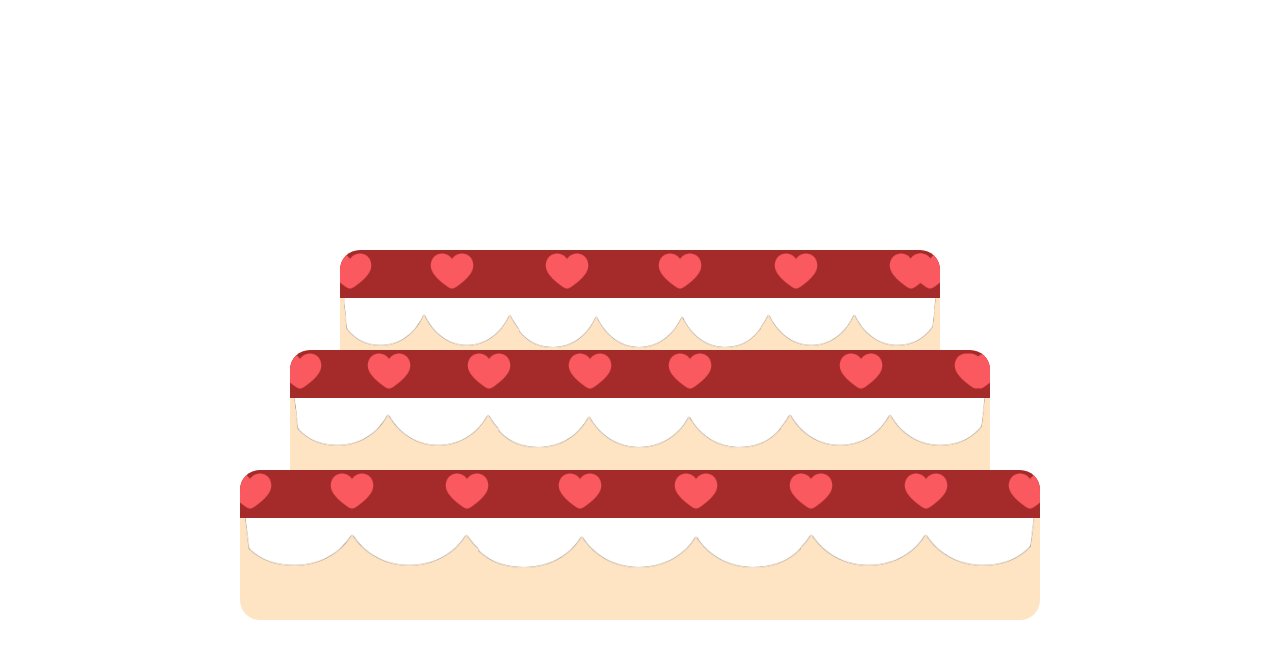
Repository: iphoneboy46/happybirthday
Page: index.html
The author's editor kept a copy of each file at every save. The page is drawn from the files as they stood at one save, then again after the next save.
The browser window is 1280 px wide. The pictures show the whole page.

Above is the page before, as saved 2022-11-28 14:51:59.

After the next save:
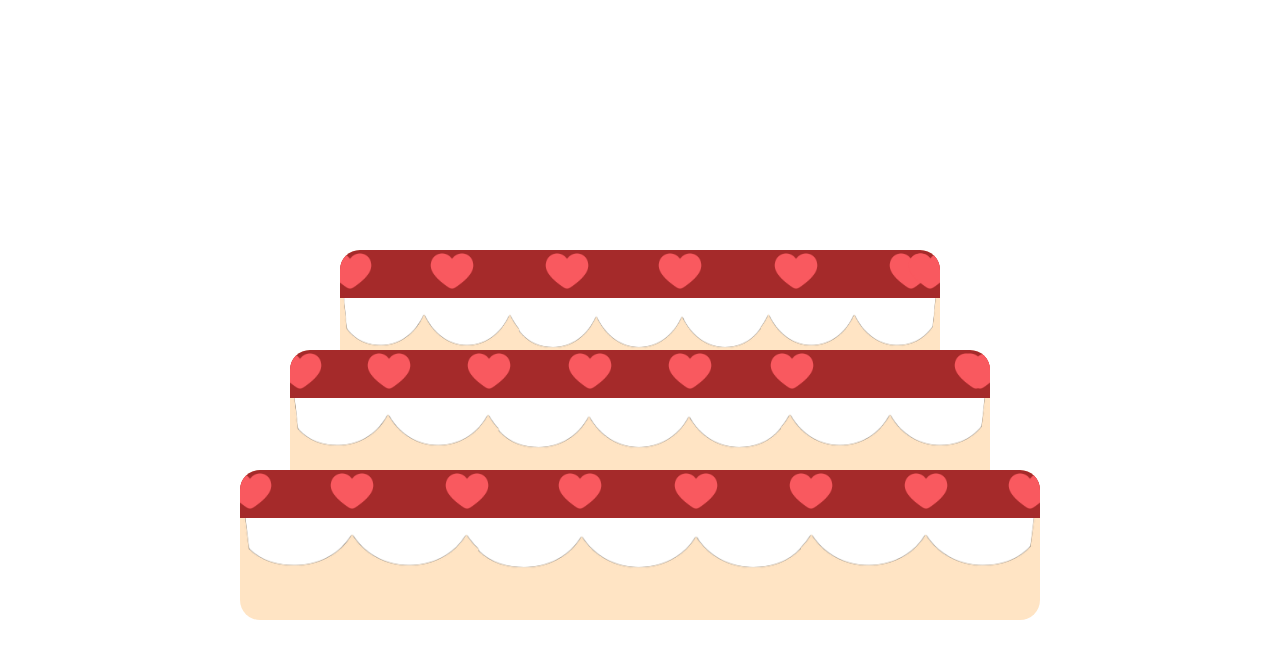
Saved 46 s later.
--- a/style.css
+++ b/style.css
@@ -279,7 +279,7 @@
     z-index: 3;
     position: absolute;
     top: -4px;
-    left: 546px;
+    left: 477px;
     width:50px;
     height:50px;
 }
